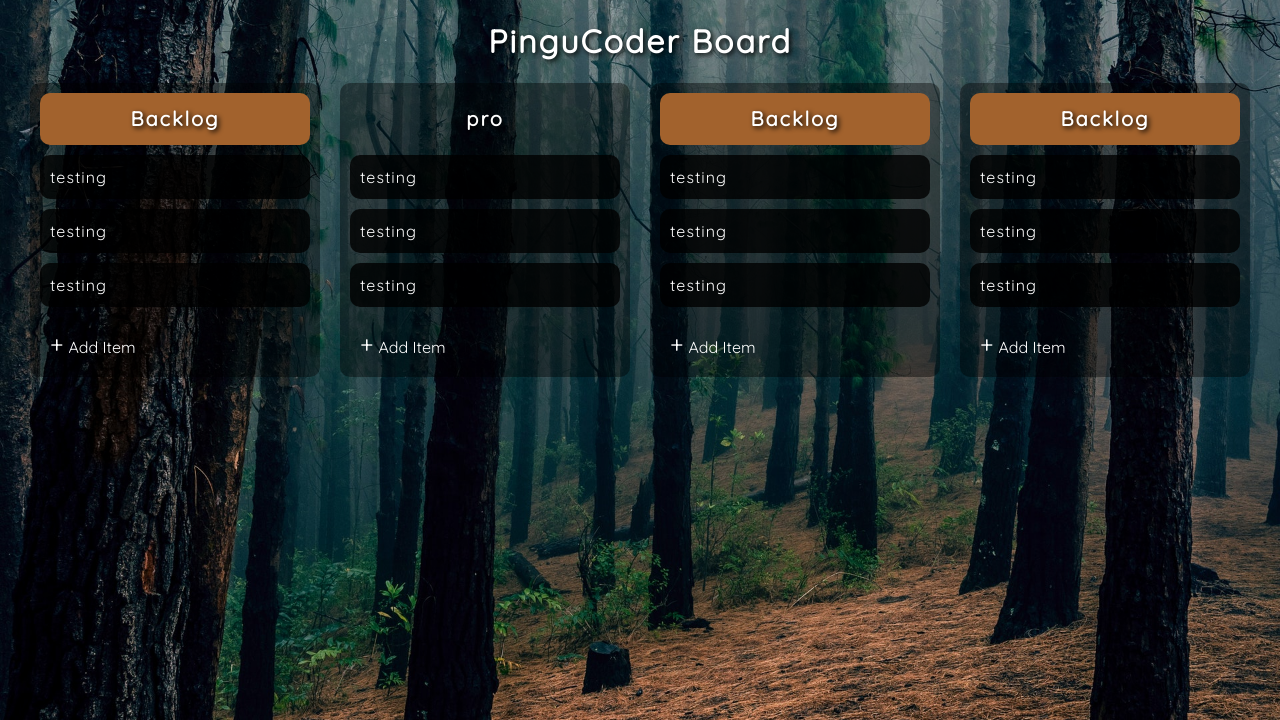
Repository: chanwarichawki/6Drag-And-Drop
Page: index.html
An editor plug-in stored every save of this project. The page is shown before and after the next save, followed by the edit.
The browser window is 1280 px wide. The pictures show the whole page.

Above is the page before, as saved 2023-12-25 18:58:06.

After the next save:
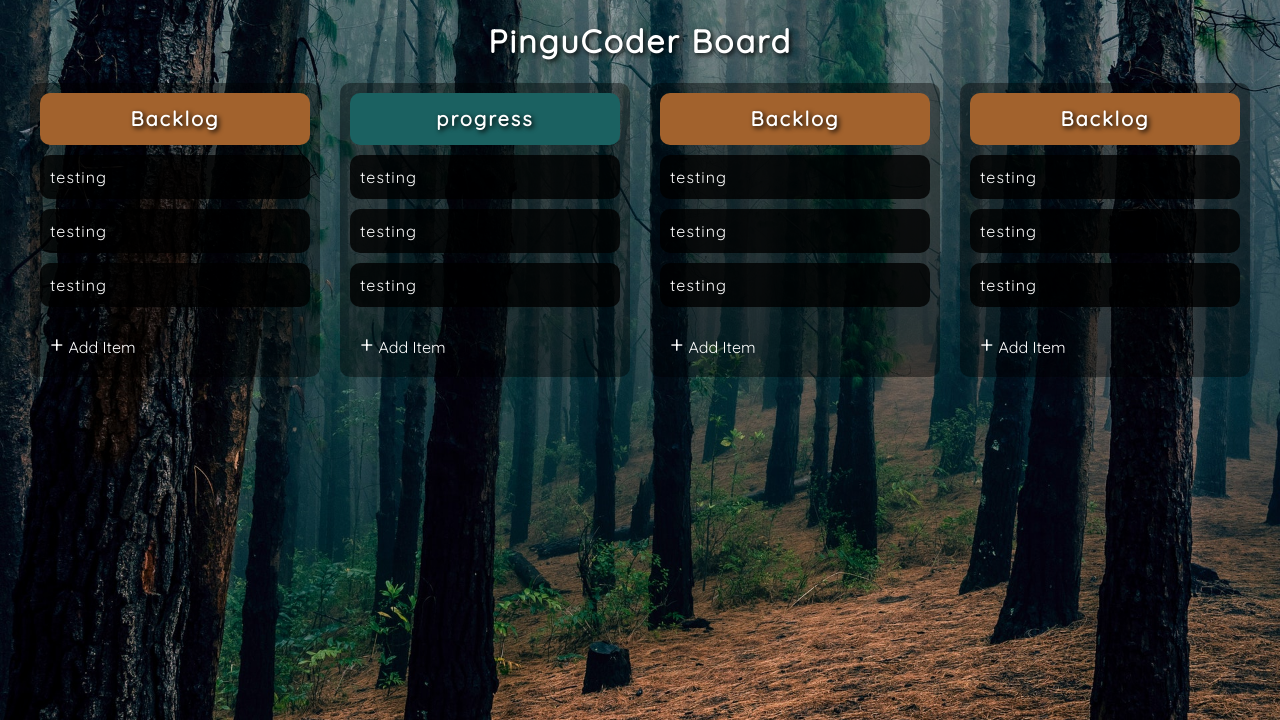
Saved 4 s later.
--- a/index.html
+++ b/index.html
@@ -40,14 +40,14 @@
       </li>
 
 
-        <!-- pro column -->
-        <li class="drag-column pro-column">
+        <!-- progress column -->
+        <li class="drag-column progress-column">
         <span class="header">
-          <h1>pro</h1>
+          <h1>progress</h1>
         </span>
-        <!-- pro content -->
-        <div class="pro-content">
-          <ul class="drag-item-list" id="pro-list">
+        <!-- progress content -->
+        <div class="progress-content">
+          <ul class="drag-item-list" id="progress-list">
             <li class="drag-item">testing</li>
             <li class="drag-item">testing</li>
             <li class="drag-item">testing</li>
